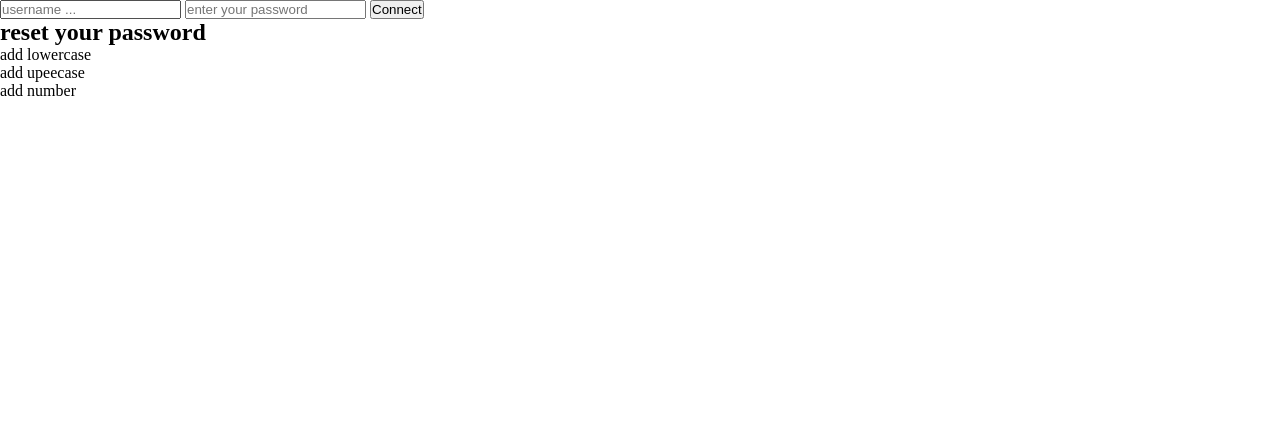
Repository: beva3/javaScrypt
Page: filter/index.html
These files come from the project's save history. The page is drawn as it stood at one moment and after the next save; the edit follows.
The browser window is 1280 px wide. The pictures show the whole page.

Above is the page before, as saved 2024-05-11 22:34:01.

After the next save:
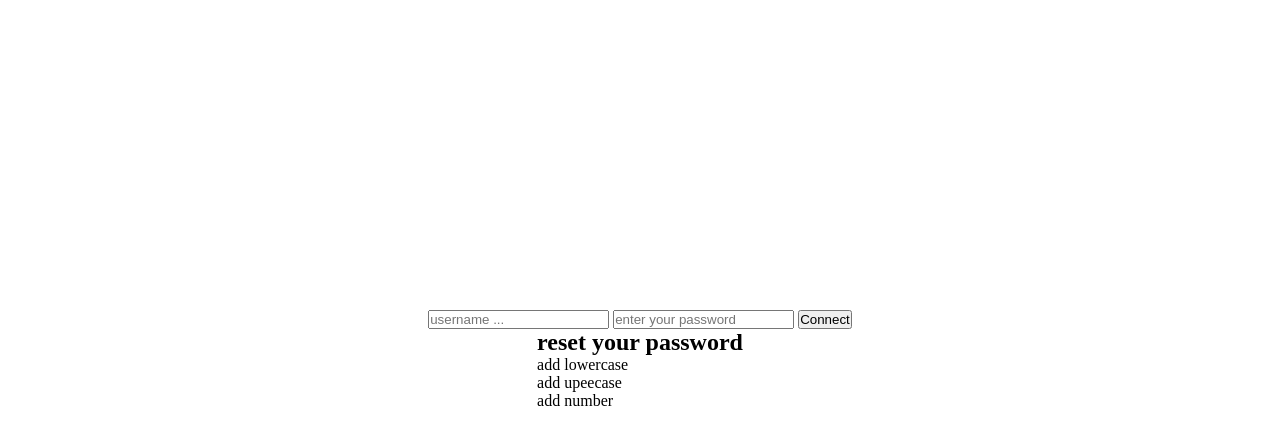
Saved 7 s later.
--- a/filter/style.css
+++ b/filter/style.css
@@ -8,5 +8,6 @@ body{
     min-height: 100vh;
     display: flex;
     flex-direction: column;
-    justify-content: ;
+    justify-content: center;
+    align-items: center;
 }
